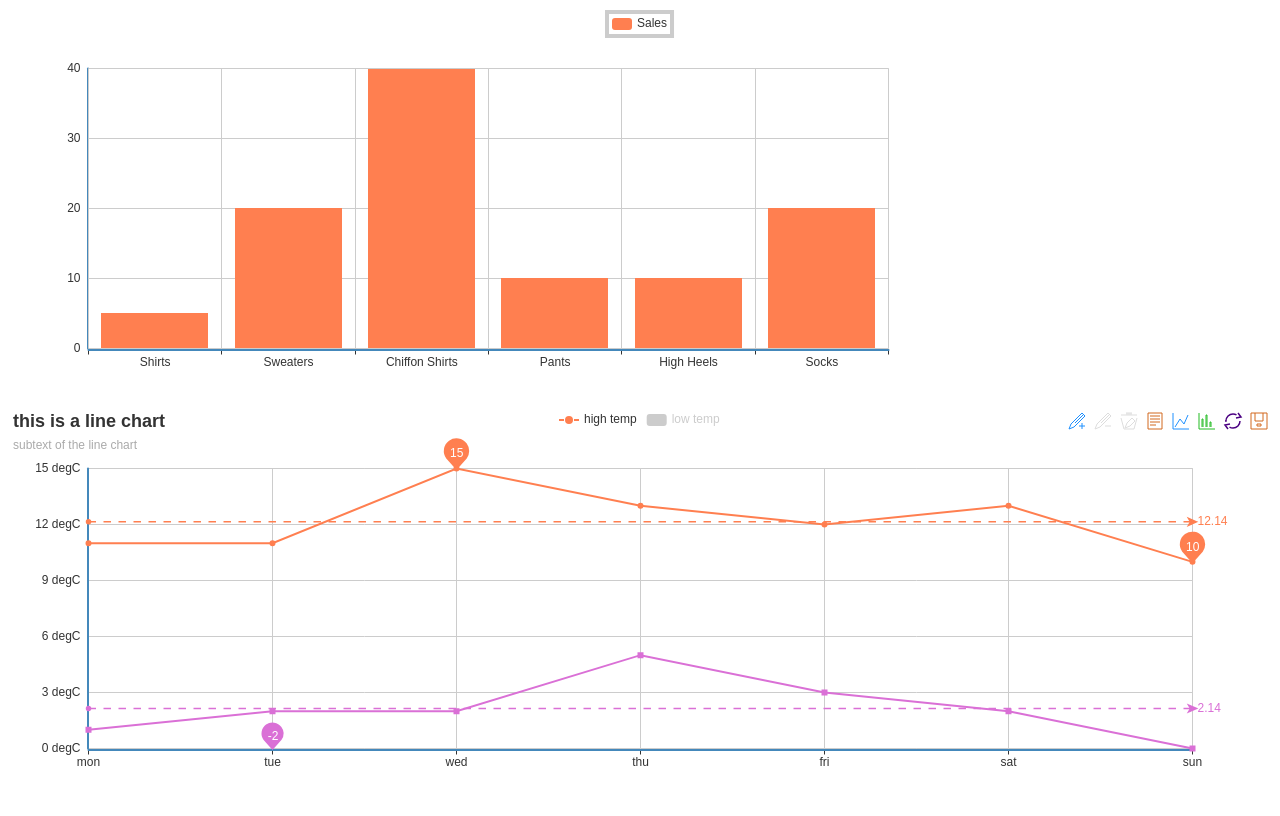
Repository: shutterfly2011/apache
Page: eChartTest/WebContent/eChart1.html
The author's editor kept a copy of each file at every save. The page is drawn from the files as they stood at one save, then again after the next save.
The browser window is 1280 px wide. The pictures show the whole page.

Above is the page before, as saved 2015-10-02 02:42:22.

After the next save:
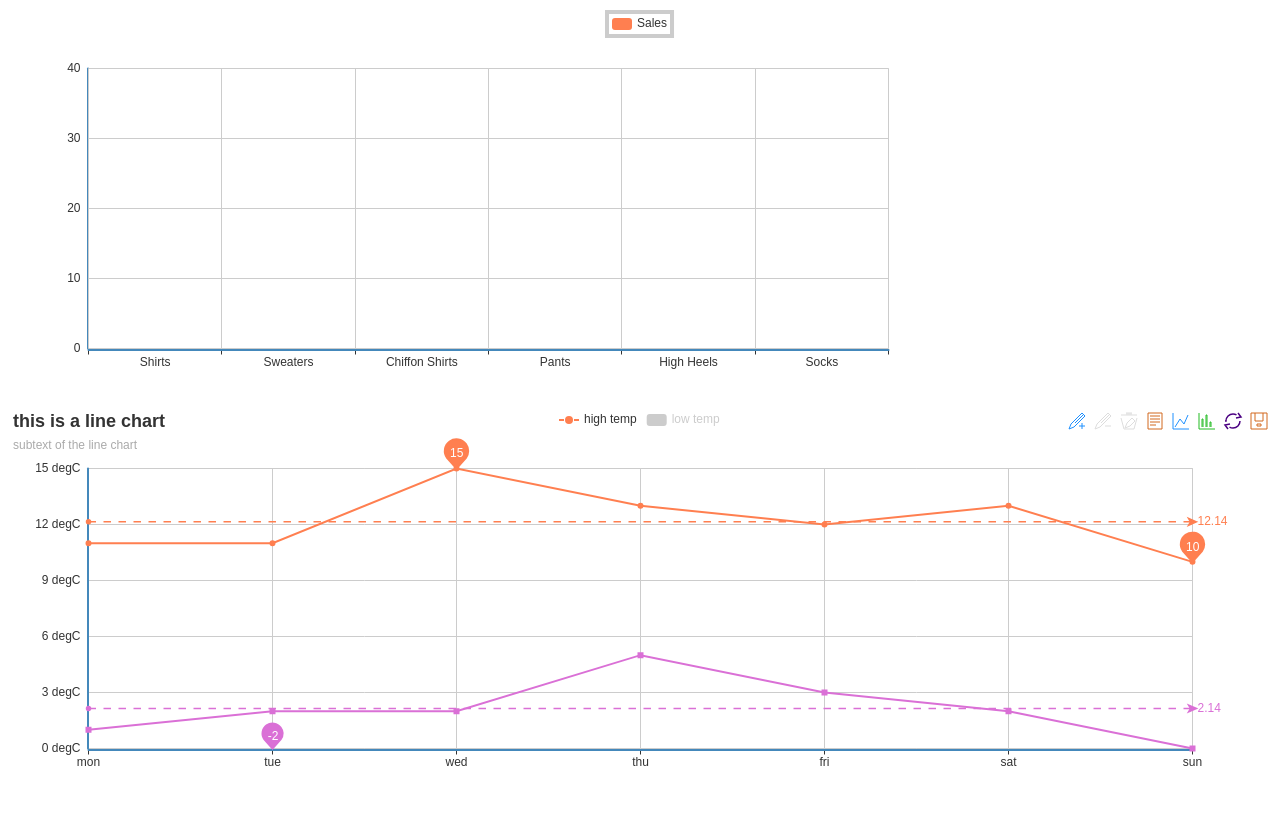
Saved 26 s later.
--- a/eChartTest/WebContent/eChart1.html
+++ b/eChartTest/WebContent/eChart1.html
@@ -21,7 +21,7 @@
         require(
             [
                 'echarts',
-                'echarts/chart/bar' // require the specific chart type
+                'echarts/chart/candle' // require the specific chart type
             ],
             function (ec) {
                 // Initialize after dom ready
